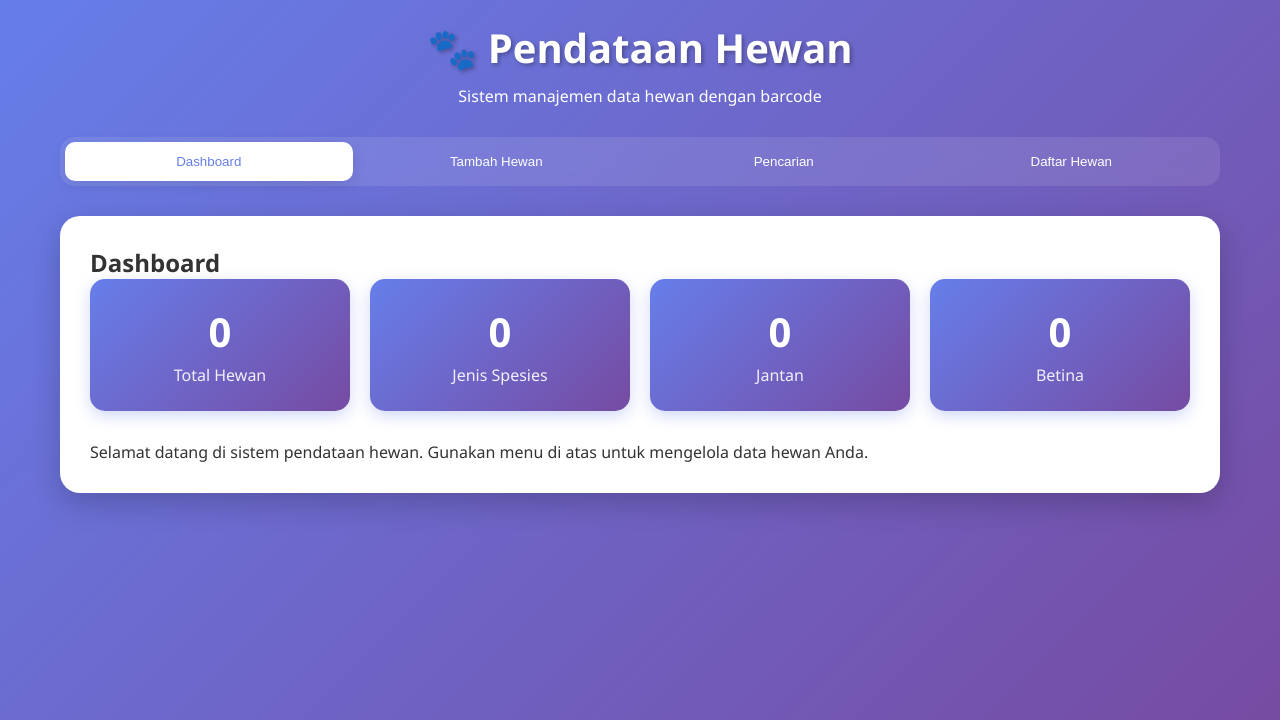
Repository: dikogp/pwa-pendataan-hewan
Page: index.html
These files come from the project's save history. The page is drawn as it stood at one moment and after the next save; the edit follows.
The browser window is 1280 px wide. The pictures show the whole page.

Above is the page before, as saved 2025-09-30 15:03:07.

### index.html
<!DOCTYPE html>
<html lang="id">
  <head>
    <meta charset="UTF-8" />
    <meta name="viewport" content="width=device-width, initial-scale=1.0" />
    <title>Pendataan Hewan PWA</title>

    <!-- PWA Meta Tags -->
    <link rel="manifest" href="manifest.json" />
    <meta name="apple-mobile-web-app-capable" content="yes" />
    <meta name="apple-mobile-web-app-status-bar-style" content="black" />
    <meta name="apple-mobile-web-app-title" content="Pendataan Hewan" />
    <meta name="theme-color" content="#4F46E5" />
    <meta
      name="description"
      content="Aplikasi PWA untuk pendataan hewan dengan fitur barcode"
    />

    <!-- CSS -->
    <link rel="stylesheet" href="assets/css/style.css" />
  </head>
  <body>
    <div class="container">
      <div class="header">
        <h1>🐾 Pendataan Hewan</h1>
        <p>Sistem manajemen data hewan dengan barcode</p>
      </div>

      <div class="nav-tabs">
        <button class="nav-tab active" onclick="showTab('dashboard')">
          Dashboard
        </button>
        <button class="nav-tab" onclick="showTab('add')">Tambah Hewan</button>
        <button class="nav-tab" onclick="showTab('search')">Pencarian</button>
        <button class="nav-tab" onclick="showTab('list')">Daftar Hewan</button>
      </div>

      <!-- Dashboard Tab -->
      <div id="dashboard" class="tab-content active">
        <h2>Dashboard</h2>
        <div class="stats-grid">
          <div class="stat-card">
            <div class="stat-number" id="totalAnimals">0</div>
            <div class="stat-label">Total Hewan</div>
          </div>
          <div class="stat-card">
            <div class="stat-number" id="totalSpecies">0</div>
            <div class="stat-label">Jenis Spesies</div>
          </div>
          <div class="stat-card">
            <div class="stat-number" id="totalMale">0</div>
            <div class="stat-label">Jantan</div>
          </div>
          <div class="stat-card">
            <div class="stat-number" id="totalFemale">0</div>
            <div class="stat-label">Betina</div>
          </div>
        </div>
        <p>
          Selamat datang di sistem pendataan hewan. Gunakan menu di atas untuk
          mengelola data hewan Anda.
        </p>
      </div>

      <!-- Add Animal Tab -->
      <div id="add" class="tab-content">
        <h2>Tambah Data Hewan</h2>
        <form id="animalForm">
          <div class="form-group">
            <label for="name">Nama Hewan *</label>
            <input type="text" id="name" required />
          </div>

          <div class="form-group">
            <label for="species">Spesies *</label>
            <input type="text" id="species" required />
          </div>

          <div class="form-group">
            <label for="breed">Ras/Breed</label>
            <input type="text" id="breed" />
          </div>

          <div class="form-group">
            <label for="gender">Jenis Kelamin *</label>
            <select id="gender" required>
              <option value="">Pilih Jenis Kelamin</option>
              <option value="Jantan">Jantan</option>
              <option value="Betina">Betina</option>
            </select>
          </div>

          <div class="form-group">
            <label for="age">Umur (bulan)</label>
            <input type="number" id="age" min="0" />
          </div>

          <div class="form-group">
            <label for="weight">Berat (kg)</label>
            <input type="number" id="weight" step="0.1" min="0" />
          </div>

          <div class="form-group">
            <label for="color">Warna</label>
            <input type="text" id="color" />
          </div>

          <div class="form-group">
            <label for="health">Status Kesehatan</label>
            <select id="health">
              <option value="">Pilih Status</option>
              <option value="Sehat">Sehat</option>
              <option value="Sakit">Sakit</option>
              <option value="Pemulihan">Pemulihan</option>
            </select>
          </div>

          <div class="form-group">
            <label for="location">Lokasi</label>
            <input type="text" id="location" />
          </div>

          <div class="form-group">
            <label for="notes">Catatan</label>
            <textarea id="notes" rows="3"></textarea>
          </div>

          <button type="submit" class="btn">Simpan Data</button>
          <button type="reset" class="btn btn-secondary">Reset Form</button>
        </form>
      </div>

      <!-- Search Tab -->
      <div id="search" class="tab-content">
        <div class="search-header">
          <h2>🔎 Pencarian Hewan</h2>
          <p class="search-subtitle">
            Temukan hewan dengan berbagai metode pencarian
          </p>
        </div>

        <!-- Search Methods Cards -->
        <div class="search-methods-grid">
          <div
            class="search-method-card active"
            onclick="switchSearchMethod('text')"
          >
            <div class="method-icon">🔍</div>
            <div class="method-title">Pencarian Teks</div>
            <div class="method-description">
              Cari berdasarkan nama, spesies, atau atribut lainnya
            </div>
          </div>
          <div class="search-method-card" onclick="switchSearchMethod('id')">
            <div class="method-icon">🏷️</div>
            <div class="method-title">Input ID</div>
            <div class="method-description">Cari hewan dengan ID spesifik</div>
          </div>
          <div
            class="search-method-card"
            onclick="switchSearchMethod('barcode')"
          >
            <div class="method-icon">📱</div>
            <div class="method-title">Scan Barcode</div>
            <div class="method-description">
              Gunakan kamera atau input manual
            </div>
          </div>
        </div>

        <!-- Search Containers -->
        <div class="search-content">
          <!-- Text Search -->
          <div id="textSearch" class="search-container active">
            <div class="search-input-wrapper">
              <div class="search-input-container">
                <div class="search-icon-wrapper">
                  <span class="search-icon">🔍</span>
                </div>
                <input
                  type="text"
                  id="searchInput"
                  placeholder="Ketik nama hewan, spesies, ras, lokasi, atau warna..."
                  class="modern-input"
                />
                <div
                  class="search-clear"
                  onclick="clearSearch()"
                  style="display: none"
                >
                  ✕
                </div>
              </div>
              <div class="search-suggestions">
                <span class="suggestion-label">Saran pencarian:</span>
                <div class="suggestion-tags">
                  <span class="suggestion-tag" onclick="quickSearch('kucing')"
                    >Kucing</span
                  >
                  <span class="suggestion-tag" onclick="quickSearch('anjing')"
                    >Anjing</span
                  >
                  <span class="suggestion-tag" onclick="quickSearch('sehat')"
                    >Status Sehat</span
                  >
                  <span class="suggestion-tag" onclick="quickSearch('jantan')"
                    >Jantan</span
                  >
                  <span class="suggestion-tag" onclick="quickSearch('betina')"
                    >Betina</span
                  >
                </div>
              </div>
            </div>
          </div>

          <!-- ID Search -->
          <div id="idSearch" class="search-container">
            <div class="search-input-wrapper">
              <div class="id-search-card">
                <div class="card-header">
                  <h3>🏷️ Pencarian berdasarkan ID</h3>
                  <p>Masukkan ID unik hewan untuk pencarian cepat</p>
                </div>
                <div class="search-input-container">
                  <div class="search-icon-wrapper">
                    <span class="search-icon">🏷️</span>
                  </div>
                  <input
                    type="number"
                    id="idInput"
                    placeholder="Contoh: 1, 2, 3..."
                    class="modern-input"
                    min="1"
                  />
                  <button class="search-btn" onclick="searchById()">
                    <span>Cari</span>
                    <div class="btn-ripple"></div>
                  </button>
                </div>
                <div class="id-examples">
                  <span class="example-label">ID Terakhir:</span>
                  <span class="example-id" id="lastIdExample">-</span>
                </div>
              </div>
            </div>
          </div>

          <!-- Barcode Scanner -->
          <div id="barcodeSearch" class="search-container">
            <div class="search-input-wrapper">
              <div class="barcode-scanner-card">
                <div class="card-header">
                  <h3>📱 Scanner Barcode</h3>
                  <p>Scan barcode atau masukkan kode secara manual</p>
                </div>

                <!-- Camera Scanner Section -->
                <div class="scanner-section">
                  <div class="scanner-controls">
                    <button
                      class="scanner-btn primary"
                      onclick="startBarcodeScanner()"
                    >
                      <span class="btn-icon">📷</span>
                      <span>Mulai Scan Kamera</span>
                    </button>
                    <button
                      class="scanner-btn secondary"
                      onclick="stopBarcodeScanner()"
                    >
                      <span class="btn-icon">⏹️</span>
                      <span>Stop Scanner</span>
                    </button>
                  </div>

                  <div id="scannerContainer" class="scanner-viewport">
                    <div class="scanner-frame">
                      <video id="video" autoplay playsinline></video>
                      <div class="scanner-overlay">
                        <div class="scanner-line"></div>
                        <div class="scanner-corners">
                          <div class="corner top-left"></div>
                          <div class="corner top-right"></div>
                          <div class="corner bottom-left"></div>
                          <div class="corner bottom-right"></div>
                        </div>
                      </div>
                    </div>
                    <canvas id="canvas" style="display: none"></canvas>
                    <p class="scanner-instruction">
                      Arahkan kamera ke barcode dan tunggu hingga terdeteksi
                    </p>
                  </div>
                </div>

                <!-- Scan Result -->
                <div id="scanResult" class="scan-result-card"></div>

                <!-- Manual Input Section -->
                <div class="manual-input-section">
                  <div class="section-divider">
                    <span class="divider-text">atau</span>
                  </div>

                  <div class="manual-input-card">
                    <h4>📊 Input Manual Barcode</h4>
                    <div class="search-input-container">
                      <div class="search-icon-wrapper">
                        <span class="search-icon">📊</span>
                      </div>
                      <input
                        type="text"
                        id="barcodeInput"
                        placeholder="Masukkan 8 digit kode barcode..."
                        class="modern-input"
                        maxlength="8"
                      />
                      <button class="search-btn" onclick="searchByBarcode()">
                        <span>Cari</span>
                        <div class="btn-ripple"></div>
                      </button>
                    </div>
                    <div class="barcode-examples">
                      <span class="example-label">Format:</span>
                      <span class="example-code">00000001</span>
                      <span class="example-code">00000023</span>
                    </div>
                  </div>
                </div>
              </div>
            </div>
          </div>
        </div>

        <!-- Search Results -->
        <div id="searchResults" class="search-results-container"></div>
      </div>

      <!-- List Tab -->
      <div id="list" class="tab-content">
        <h2>Daftar Semua Hewan</h2>
        <div id="animalList"></div>
      </div>
    </div>

    <!-- Scripts -->
    <script src="https://cdnjs.cloudflare.com/ajax/libs/jsbarcode/3.11.5/JsBarcode.all.min.js"></script>
    <script src="assets/js/utils.js"></script>
    <script src="assets/js/app.js"></script>
  </body>
</html>

Loaded but not shown: assets/js/app.js (466 lines, source omitted); assets/js/utils.js (362 lines, source omitted); assets/css/style.css (782 lines, source omitted)

After the next save:
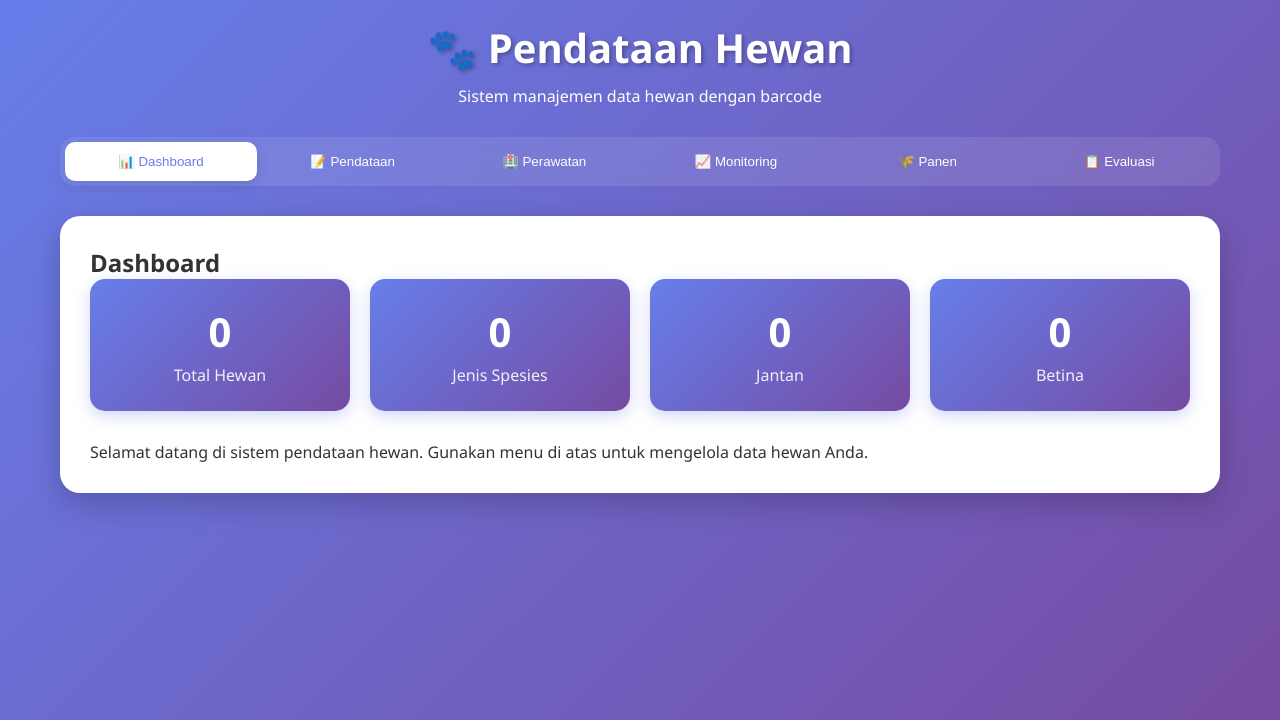
Saved 7 min 13 s later.
--- a/index.html
+++ b/index.html
@@ -28,11 +28,23 @@
 
       <div class="nav-tabs">
         <button class="nav-tab active" onclick="showTab('dashboard')">
-          Dashboard
-        </button>
-        <button class="nav-tab" onclick="showTab('add')">Tambah Hewan</button>
-        <button class="nav-tab" onclick="showTab('search')">Pencarian</button>
-        <button class="nav-tab" onclick="showTab('list')">Daftar Hewan</button>
+          📊 Dashboard
+        </button>
+        <button class="nav-tab" onclick="showTab('pendataan')">
+          📝 Pendataan
+        </button>
+        <button class="nav-tab" onclick="showTab('perawatan')">
+          🏥 Perawatan
+        </button>
+        <button class="nav-tab" onclick="showTab('monitoring')">
+          📈 Monitoring
+        </button>
+        <button class="nav-tab" onclick="showTab('panen')">
+          🌾 Panen
+        </button>
+        <button class="nav-tab" onclick="showTab('evaluasi')">
+          📋 Evaluasi
+        </button>
       </div>
 
       <!-- Dashboard Tab -->
